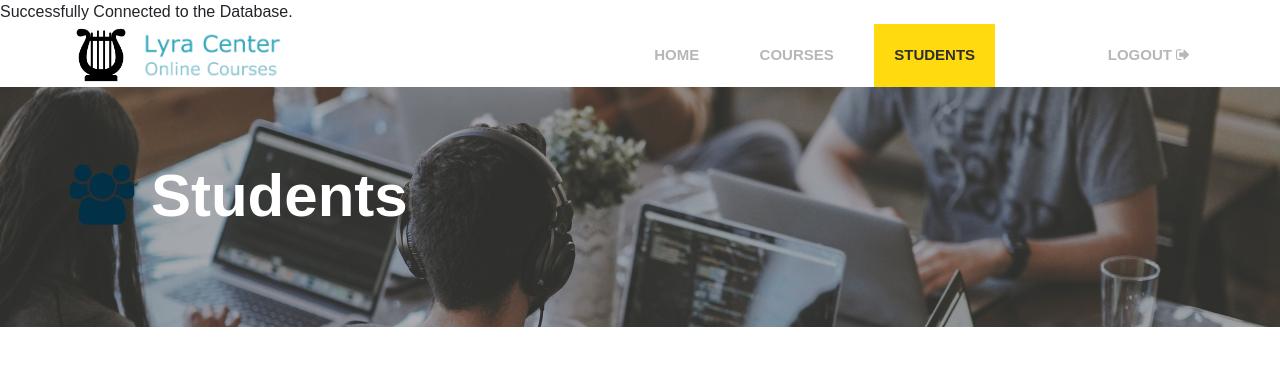
Repository: jersmaecrz/lyra-center
Page: http://localhost/aStudents.php
These files come from the project's save history. The page is drawn as it stood at one moment and after the next save; the edit follows.
The browser window is 1280 px wide. The pictures show the whole page.
Some web fonts or font styles are not loaded; a fallback is used. The page is run by PHP 8.4 with error messages shown; the project is at /var/www/html/.

Above is the page before, as saved 2022-12-03 23:35:18.

### aStudents.php
<?php
    include "admin-dashboard.php";
?>
<!DOCTYPE html>
<html lang="zxx">
<head>
    <link rel="icon" href="img/lyre.png">
    <meta charset="UTF-8">
    <meta name="description" content="Anime Template">
    <meta name="keywords" content="Anime, unica, creative, html">
    <meta name="viewport" content="width=device-width, initial-scale=1.0">
    <meta http-equiv="X-UA-Compatible" content="ie=edge">
    <title>Lyra | Students</title>
    <link rel="stylesheet" href="css/admin-home-style.css" type="text/css">

    <!-- Google Font -->
    <link href="https://fonts.googleapis.com/css2?family=Mulish:wght@300;400;500;600;700;800;900&display=swap"
    rel="stylesheet">

    <link rel="preconnect" href="https://fonts.googleapis.com">
    <link rel="preconnect" href="https://fonts.gstatic.com" crossorigin>
    <link href="https://fonts.googleapis.com/css2?family=Open+Sans:wght@700&display=swap" rel="stylesheet">

    <!-- Css Styles -->
    <link rel="stylesheet" href="css/bootstrap.min.css" type="text/css">
    <link rel="stylesheet" href="css/font-awesome.min.css" type="text/css">
    <link rel="stylesheet" href="css/elegant-icons.css" type="text/css">
    <link rel="stylesheet" href="css/plyr.css" type="text/css">
    <link rel="stylesheet" href="css/nice-select.css" type="text/css">
    <link rel="stylesheet" href="css/owl.carousel.min.css" type="text/css">
    <link rel="stylesheet" href="css/slicknav.min.css" type="text/css">
    <link rel="stylesheet" href="css/style.css" type="text/css">
</head>

<body>
    <!-- Page Preloder -->
    <div id="preloder">
        <div class="loader"></div>
    </div>

    <!-- Header Section Begin -->
    <header class="header">
        <div class="container">
            <div class="row">
                <div class="col-lg-5">
                    <div class="header__logo">
                        <a href="./aHome.php">
                            <img src="img/lyre.png" alt="" width=62px>
                            <img src="img/lyra.png" alt="" width=150px>
                        </a>
                    </div>
                </div>
                <div class="col-lg-7">
                    <div class="header__nav">
                        <nav class="header__menu mobile-menu">
                            <ul>
                                <li ><a href="./aHome.php">HOME</a></li>
                                <li ><a href="./aCourses.php">COURSES</a></li>
                                <li class="active"><a href="./aStudents.php">STUDENTS</a></li>
                                <li class="right"><a href="./signup.html">LOGOUT <i class="fa fa-sign-out" aria-hidden="true"></i></a></li>
                            </ul>
                        </nav>
                    </div>
                </div>

            </div>
            <div id="mobile-menu-wrap"></div>
        </div>
    </header>
    <!-- Header End -->


    <!-- Normal Breadcrumb Begin -->
    <section class="pg pg-breadcrumb set-bg" data-setbg="img/banner.png">
        <div class="container">
            <div class="row">
                <div class="col-lg-5">
                    <div class="normal__breadcrumb__text">
                        <h2><i class="icon fa fa-users" aria-hidden="true"></i> Students</h2>
                    </div>
                </div>
            </div>
        </div>

    </section>
    <!-- Normal Breadcrumb End -->
<br>

<!-- Dashboard -->
<div class="container">
    <div class="row">
            <div class="col-lg-12 normal__breadcrumb__text">

            </div>

    </div>
</div>
<br>
<br>
<br>
<br>
<br>

<!-- Footer Section Begin
<footer class="footer">
    <div class="page-up">
        <a href="#" class="scroll"><span class="arrow_carrot-up"></span></a>
    </div>
    <div class="container">
        <div class="row">
            <div class="col-lg-3">
                <div class="footer__logo">
                    <a href="./index.html">
                        <img src="img/mango manga.png" alt="" width=80px>
                        <img src="img/mm.png" alt="" width=110px>
                    </a>
                </div>
            </div>
            <div class="col-lg-6">
                <div class="footer__nav">
                    <ul>
                        <li class="active"><a href="./index.html">HOME</a></li>
                        <li ><a href="./courses.html">COURSES</a></li>
                        <li ><a href="./signup.html">STUDENTS</a></li>

                    </ul>
                </div>
            </div>

          </div>
      </div>
  </footer>
  <!-- Footer Section End -->


<!-- Js Plugins -->
<script src="js/jquery-3.3.1.min.js"></script>
<script src="js/bootstrap.min.js"></script>
<script src="js/player.js"></script>
<script src="js/jquery.nice-select.min.js"></script>
<script src="js/mixitup.min.js"></script>
<script src="js/jquery.slicknav.js"></script>
<script src="js/owl.carousel.min.js"></script>
<script src="js/main.js"></script>


</body>

</html>

### admin-dashboard.php
<?php
   require_once("config.php");
   class Dashboard {
        //Attributes
        public $name;
        public $courses;
        //Create setters
        function setStudents($students){
            $this -> students = $students;
        }
        function setCourses($courses){
            $this -> courses = $courses;
        }
        //Create getters
        function getStudents(){
            return $this -> students;
        }
        function getCourses(){
            return $this -> courses;
        }
        function countStudents($pdo){
            $query = "SELECT * FROM users";
            $stmt = $pdo-> prepare($query);
            $stmt -> execute();
            $rows = $stmt -> fetchAll();
            $rowCount = $stmt->rowCount();
            $this -> setStudents($rowCount);
        }
        function countCourses($pdo){
            $query = "SELECT * FROM courses";
            $stmt = $pdo-> prepare($query);
            $stmt -> execute();
            $rows = $stmt -> fetchAll();
            $rowCount = $stmt->rowCount();
            $this -> setCourses($rowCount);
        }
    }
?>

### config.php
<?php
    $host = "remotemysql.com";
    $user = "NsqxjSUDbx";
    $password = "wLgUwnheJo";
    $dbName = "NsqxjSUDbx" ;
    //Connect to database using PDO
    try {
        $dsn ="mysql:host=$host;dbname=$dbName";
        $pdo = new PDO($dsn,$user, $password);
        //Check the connection
        $pdo->setAttribute(PDO::ATTR_DEFAULT_FETCH_MODE,PDO::FETCH_OBJ);
        $pdo->setAttribute(PDO::ATTR_ERRMODE,PDO::ERRMODE_EXCEPTION);
        echo "Successfully Connected to the Database.";
    } catch(PDOException $e) {
        echo "Unable to Connect to DB: ". $e->getMessage();
    }
?>

### css/admin-home-style.css
.right {
    float: right;
}
.scroll {
    margin-left: -50px;
    margin-top: -50px;
}
.main-section{
	width:80%;
	margin:0 auto;
	text-align: center;
	padding: 0px 5px;
}
.dashboard{
	width:32%;
	display: inline-block;
	color:#fff;
	margin-top: 50px;
}
.icon-section i{
	font-size: 30px;
	padding:10px;
	border:1px solid #34495E;
	margin-bottom: 10px;
    margin: 5%;
	background-color:#fff;
    border-radius: 50%;
}
.icon-section h3{
	font-size: 20px;
    color: #fff;
	font-family: "Mulish", sans-serif;
}
.icon-section p{
	margin:0px;
	font-size: 20px;
	padding-bottom: 10px;
	font-family: "Mulish", sans-serif;
}
.icon {
    color: #023047;
}
.blueDash {
    background-color:#34495E;

}
.yellowDash {
    background-color:#4ACBCB;

}
.pg-breadcrumb {
	height: 240px;
	display: -webkit-box;
	display: -ms-flexbox;
	display: flex;
	-webkit-box-align: center;
	-ms-flex-align: center;
	align-items: center;
	-webkit-box-pack: center;
	-ms-flex-pack: center;
	justify-content: center;
}

### css/style.css

html,
body {
	height: 100%;
	font-family: "Mulish", sans-serif;
	-webkit-font-smoothing: antialiased;
	background: white;
}

h1,
h2,
h3,
h4,
h5,
h6 {
	margin: 0;
	color: #111111;
	font-weight: 400;
	font-family: "Mulish", sans-serif;
}

.lemony a{
	background: #FFDA0E;
	font-size: 20px;
	color: black;
	padding-left: 20px;
	padding-right: 20px;
	padding-top: 10px;
	padding-bottom: 10px;
	font-family: "Oswald", sans-serif;
}

h1 {
	font-size: 70px;
}

h2 {
	font-size: 36px;
}

h3 {
	font-size: 30px;
}

h4 {
	font-size: 24px;
}

h5 {
	font-size: 18px;
}

h6 {
	font-size: 16px;
}

p {
	font-size: 15px;
	font-family: "Mulish", sans-serif;
	color: #3d3d3d;
	font-weight: 400;
	line-height: 25px;
	margin: 0 0 15px 0;
}

img {
	max-width: 100%;
}

input:focus,
select:focus,
button:focus,
textarea:focus {
	outline: none;
}

a:hover,
a:focus {
	text-decoration: none;
	outline: none;
	color: #4ACBCB;;
}

ul,
ol {
	padding: 0;
	margin: 0;
}

/*---------------------
  Helper CSS
-----------------------*/

.section-title {
	margin-bottom: 30px;
}

.section-title h4,
.section-title h5 {
	color: #2F2F2F;
	font-weight: 600;
	line-height: 21px;
	text-transform: uppercase;
	padding-left: 20px;
	position: relative;
	font-family: "Oswald", sans-serif;
}

.section-title h4:after,
.section-title h5:after {
	position: absolute;
	left: 0;
	top: -6px;
	height: 32px;
	width: 4px;
	background: #e53637;
	content: "";
}

.set-bg {
	background-repeat: no-repeat;
	background-size: cover;
	background-position: top center;
}

.spad {
	padding-top: 100px;
	padding-bottom: 100px;
}

.text-white h1,
.text-white h2,
.text-white h3,
.text-white h4,
.text-white h5,
.text-white h6,
.text-white p,
.text-white span,
.text-white li,
.text-white a {
color: black;
}

/* buttons */

.primary-btn {
	display: inline-block;
	font-size: 13px;
	font-weight: 700;
	text-transform: uppercase;
	color: #ffffff;
	letter-spacing: 2px;
}

.primary-btn span {
	font-size: 18px;
	margin-left: 5px;
	position: relative;
	top: 3px;
}

.site-btn {
	font-size: 13px;
	color: #ffffff;
	background: #e53637;
	font-weight: 700;
	border: none;
	border-radius: 2px;
	letter-spacing: 2px;
	text-transform: uppercase;
	display: inline-block;
	padding: 12px 30px;
}

/* Preloder */

#preloder {
	position: fixed;
	width: 100%;
	height: 100%;
	top: 0;
	left: 0;
	z-index: 999999;
	background: #000;
}

.loader {
	width: 40px;
	height: 40px;
	position: absolute;
	top: 50%;
	left: 50%;
	margin-top: -13px;
	margin-left: -13px;
	border-radius: 60px;
	animation: loader 0.8s linear infinite;
	-webkit-animation: loader 0.8s linear infinite;
}

@keyframes loader {
	0% {
		-webkit-transform: rotate(0deg);
		transform: rotate(0deg);
		border: 4px solid #f44336;
		border-left-color: transparent;
	}
	50% {
		-webkit-transform: rotate(180deg);
		transform: rotate(180deg);
		border: 4px solid #673ab7;
		border-left-color: transparent;
	}
	100% {
		-webkit-transform: rotate(360deg);
		transform: rotate(360deg);
		border: 4px solid #f44336;
		border-left-color: transparent;
	}
}

@-webkit-keyframes loader {
	0% {
		-webkit-transform: rotate(0deg);
		border: 4px solid #f44336;
		border-left-color: transparent;
	}
	50% {
		-webkit-transform: rotate(180deg);
		border: 4px solid #673ab7;
		border-left-color: transparent;
	}
	100% {
		-webkit-transform: rotate(360deg);
		border: 4px solid #f44336;
		border-left-color: transparent;
	}
}

.spacial-controls {
	position: fixed;
	width: 111px;
	height: 91px;
	top: 0;
	right: 0;
	z-index: 999;
}

.spacial-controls .search-switch {
	display: block;
	height: 100%;
	padding-top: 30px;
	background: #323232;
	text-align: center;
	cursor: pointer;
}

.search-model {
	display: none;
	position: fixed;
	width: 100%;
	height: 100%;
	left: 0;
	top: 0;
	background: #000;
	z-index: 99999;
}

.search-model-form {
	padding: 0 15px;
}

.search-model-form input {
	width: 500px;
	font-size: 40px;
	border: none;
	border-bottom: 2px solid #333;
	background: 0 0;
	color: #999;
}

.search-close-switch {
	position: absolute;
	width: 50px;
	height: 50px;
	background: #333;
	color: #fff;
	text-align: center;
	border-radius: 50%;
	font-size: 28px;
	line-height: 28px;
	top: 30px;
	cursor: pointer;
	display: -webkit-box;
	display: -ms-flexbox;
	display: flex;
	-webkit-box-align: center;
	-ms-flex-align: center;
	align-items: center;
	-webkit-box-pack: center;
	-ms-flex-pack: center;
	justify-content: center;
}

/*---------------------
  Header
-----------------------*/

.header {
	background: white;
}

.header__menu {
	text-align: center;
}


.header__menu ul li {
	list-style: none;
	display: inline-block;
	position: relative;
	margin-right: 16px;
}

.header__menu ul li.active a {
	background: #FFDA0E;
	color: #2F2F2F;
}



.header__menu ul li:hover a {
	color: #4ACBCB;
}

.header__menu ul li:hover .dropdown {
	top: 62px;
	opacity: 1;
	visibility: visible;
}

.header__menu ul li:hover .dropdown li a {
	background: transparent;
}

.header__menu ul li:last-child {
	margin-right: 0;
}
.square {
  height: 450px;
  width: 1000px;
  background-color: #CCCC00;
}



.header__menu ul li:hover .dump {
	top: 62px;
	opacity: 1;
	visibility: visible;
}

.header__menu ul li:hover .dump li a {
	background: transparent;
}


.header__menu ul li .dump {
	position: absolute;
	left: 0;
	top: 82px;
	width: 150px;
	background: #ffffff;
	text-align: left;
	padding: 5px 0;
	z-index: 9;
	opacity: 0;
	visibility: hidden;
	-webkit-transition: all, 0.3s;
	-o-transition: all, 0.3s;
	transition: all, 0.3s;
}


.header__menu ul li .dump li {
	display: block;
	margin-right: 0;
}

.header__menu ul li .dump li a {
	font-size: 14px;
	color: #111111;
	font-weight: 500;
	padding: 5px 20px;
}





.header__menu ul li .dropdown {
	position: absolute;
	left: 0;
	top: 82px;
	width: 150px;
	background: #ffffff;
	text-align: left;
	padding: 5px 0;
	z-index: 9;
	opacity: 0;
	visibility: hidden;
	-webkit-transition: all, 0.3s;
	-o-transition: all, 0.3s;
	transition: all, 0.3s;
}


.header__menu ul li .dropdown li {
	display: block;
	margin-right: 0;
}

.header__menu ul li .dropdown li a {
	font-size: 14px;
	color: #111111;
	font-weight: 500;
	padding: 5px 20px;
}

.header__menu ul li a {
	font-size: 15px;
	color: #b7b7b7;
	display: block;
	font-weight: 700;
	-webkit-transition: all, 0.5s;
	-o-transition: all, 0.5s;
	transition: all, 0.5s;
	padding: 20px;
}

.header__menu ul li a span {
	position: relative;
	font-size: 17px;
	top: 2px;
}

.header__right {
	text-align: right;
	padding: 20px 0 15px;
}

.header__right a {
	display: inline-block;
	font-size: 18px;
	color: #ffffff;
	margin-right: 30px;
}

.header__right a:last-child {
	margin-right: 0;
}

.slicknav_menu {
	display: none;
}

/*---------------------
  Hero
-----------------------*/




/*---------------------
  Breadcrumb
-----------------------*/

.breadcrumb-option {
	padding-top: 35px;
}

.breadcrumb__links a {
	font-size: 15px;
	color: #323232;
	margin-right: 18px;
	display: inline-block;
	position: relative;
}

.breadcrumb__links a i {
	margin-right: 5px;
	color: #323232;
}

.breadcrumb__links a:after {
	position: absolute;
	right: -14px;
	top: 0;
	content: "";
	font-family: "FontAwesome";
}

.breadcrumb__links span {
	font-size: 15px;
	color: #323232;
	display: inline-block;
}

/*---------------------
    Normal Breadcrumb
-----------------------*/

.normal-breadcrumb {
	height: 450px;
	display: -webkit-box;
	display: -ms-flexbox;
	display: flex;
	-webkit-box-align: center;
	-ms-flex-align: center;
	align-items: center;
	-webkit-box-pack: center;
	-ms-flex-pack: center;
	justify-content: center;
}

.normal__breadcrumb__text h2 {
	color: #ffffff;
	font-size: 60px;
	font-family: "Oswald", sans-serif;
	font-weight: 700;
	margin-bottom: 22px;
}

.normal__breadcrumb__text p {
	color: #ffffff;
	font-size: 18px;
	margin-bottom: 0;
}


/*---------------------
  Login
-----------------------*/

.login {
	padding-top: 130px;
	padding-bottom: 120px;
}

.login__form {
	position: relative;
	padding-left: 145px;
}

.login__form:after {
	position: absolute;
	right: -14px;
	top: -40px;
	height: 330px;
	width: 1px;
	background: rgba(255, 255, 255, 0.2);
	content: "";
}

.login__form h3 {
	color: #ffffff;
	font-weight: 700;
	font-family: "Oswald", sans-serif;
	margin-bottom: 30px;
}

.login__form form .input__item {
	position: relative;
	width: 370px;
	margin-bottom: 20px;
}

.login__form form .input__item:before {
	position: absolute;
	left: 50px;
	top: 10px;
	height: 30px;
	width: 1px;
	background: #b7b7b7;
	content: "";
}

.login__form form .input__item input {
	height: 50px;
	width: 100%;
	font-size: 15px;
	color: #b7b7b7;
	background: #ffffff;
	border: none;
	padding-left: 76px;
}

.login__form form .input__item input::-webkit-input-placeholder {
	color: #b7b7b7;
}

.login__form form .input__item input::-moz-placeholder {
	color: #b7b7b7;
}

.login__form form .input__item input:-ms-input-placeholder {
	color: #b7b7b7;
}

.login__form form .input__item input::-ms-input-placeholder {
	color: #b7b7b7;
}

.login__form form .input__item input::placeholder {
	color: #b7b7b7;
}

.login__form form .input__item span {
	color: #b7b7b7;
	font-size: 20px;
	position: absolute;
	left: 15px;
	top: 13px;
}

.login__form form button {
	border-radius: 0;
	margin-top: 10px;
}

.login__form .forget_pass {
	font-size: 15px;
	color: #ffffff;
	display: inline-block;
	position: absolute;
	right: 60px;
	bottom: 12px;
}

.login__register {
	padding-left: 30px;
}

.login__register h3 {
	color: #ffffff;
	font-weight: 700;
	font-family: "Oswald", sans-serif;
	margin-bottom: 30px;
}

.login__register .primary-btn {
	background: #e53637;
	padding: 12px 42px;
}

.login__social {
	padding-top: 52px;
}

.login__social__links {
	text-align: center;
}

.login__social__links span {
	color: #ffffff;
	display: block;
	font-size: 13px;
	font-weight: 700;
	letter-spacing: 2px;
	text-transform: uppercase;
	margin-bottom: 30px;
}

.login__social__links ul li {
	list-style: none;
	margin-bottom: 15px;
}

.login__social__links ul li:last-child {
	margin-bottom: 0;
}

.login__social__links ul li a {
	color: #ffffff;
	display: block;
	font-size: 13px;
	font-weight: 700;
	letter-spacing: 2px;
	text-transform: uppercase;
	width: 460px;
	padding: 14px 0;
	position: relative;
	margin: 0 auto;
}

.login__social__links ul li a.facebook {
	background: #4267b2;
}

.login__social__links ul li a.google {
	background: #ff4343;
}

.login__social__links ul li a.twitter {
	background: #1da1f2;
}

.login__social__links ul li a i {
	font-size: 20px;
	position: absolute;
	left: 32px;
	top: 14px;
}

/*---------------------
  Sign Up
-----------------------*/

.signup {
	padding-top: 130px;
	padding-bottom: 150px;
}

.signup .login__form:after {
	height: 450px;
}

.signup .login__form h5 {
	font-size: 15px;
	color: #ffffff;
	margin-top: 36px;
}

.signup .login__form h5 a {
	color: #e53637;
	font-weight: 700;
}

.signup .login__social__links {
	text-align: left;
	padding-left: 40px;
}

.signup .login__social__links h3 {
	color: #ffffff;
	font-weight: 700;
	font-family: "Oswald", sans-serif;
	margin-bottom: 30px;
}

.signup .login__social__links ul li a {
	margin: 0;
	text-align: center;
}

/*---------------------
  Footer
-----------------------*/

.footer {
	background: #80E2E2;
	padding-top: 60px;
	padding-bottom: 40px;
	position: relative;
}

.page-up {
	position: absolute;
	left: 50%;
	top: -25px;
	margin-left: -25px;
}

.page-up a {
	display: inline-block;
	font-size: 36px;
	color: black;
	height: 50px;
	width: 50px;
	background: #FFDA0E;
	line-height: 50px;
	text-align: center;
	border-radius: 50%;
}

.page-up a span {
	position: relative;
	top: 2px;
	left: -1px;
}

.footer__nav {
	text-align: center;
}

.footer__nav ul li {
	list-style: none;
	display: inline-block;
	position: relative;
	margin-right: 40px;
}

.footer__nav ul li:last-child {
	margin-right: 0;
}

.footer__nav ul li a {
	font-size: 15px;
	color: #3D3D3D;
	display: block;
	font-weight: 700;
}


/*--------------------------------- Responsive Media Quaries -----------------------------*/

@media only screen and (min-width: 1200px) and (max-width: 1300px) {
	.hero {
		overflow: hidden;
	}
}

@media only screen and (min-width: 1200px) {
	.container {
		max-width: 1170px;
	}
}

/* Medium Device = 1200px */

@media only screen and (min-width: 992px) and (max-width: 1199px) {
	.hero {
		overflow: hidden;
	}
	.login__form {
		position: relative;
		padding-left: 32px;
	}
	.login__social__links ul li a {
		width: 380px;
	}
	.blog__item__text {
		padding: 0 50px;
	}
}

/* Tablet Device = 768px */

@media only screen and (min-width: 768px) and (max-width: 991px) {
	.hero {
		overflow: hidden;
	}
	.header {
		position: relative;
	}
	.header .container {
		position: relative;
	}
	.header__right {
		position: absolute;
		right: 120px;
		top: -42px;
		padding: 0;
	}
	.header__menu {
		display: none;
	}
	.slicknav_menu {
		background: transparent;
		padding: 0;
		display: block;
	}
	.slicknav_nav {
		position: absolute;
		left: 0;
		top: 60px;
		width: 100%;
		background: #ffffff;
		padding: 15px 30px;
		z-index: 9;
	}
	.slicknav_nav ul {
		margin: 0;
	}
	.slicknav_nav .slicknav_row,
	.slicknav_nav a {
		padding: 7px 0;
		margin: 0;
		color: #111111;
		font-weight: 600;
	}
	.slicknav_btn {
		border-radius: 0;
		background-color: #222;
		position: absolute;
		right: 0;
		top: 9px;
	}
	.slicknav_nav .slicknav_arrow {
		color: #111111;
	}
	.slicknav_nav .slicknav_row:hover {
		border-radius: 0;
		background: transparent;
		color: #111111;
	}
	.slicknav_nav a:hover {
		border-radius: 0;
		background: transparent;
		color: #111111;
	}
	.product__sidebar {
		padding-top: 50px;
	}
	.footer__logo {
		text-align: center;
		margin-bottom: 20px;
	}
	.footer__nav {
		margin-bottom: 15px;
	}
	.footer__copyright__text {
		text-align: center;
	}
	.anime__details__widget ul li span {
		width: 90px;
	}
	.anime__details__pic {
		margin-bottom: 40px;
	}
	.anime__details__sidebar {
		padding-top: 50px;
	}
	.login__form {
		padding-left: 0;
		margin-bottom: 40px;
	}
	.login__form:after {
		display: none;
	}
	.login__form form .input__item {
		width: auto;
	}
	.login__register {
		padding-left: 0;
	}
	.signup .login__social__links {
		padding-left: 0;
	}
}

/* Wide Mobile = 480px */

@media only screen and (max-width: 767px) {
	.hero {
		overflow: hidden;
	}
	.header {
		position: relative;
	}
	.header .container {
		position: relative;
	}
	.header__right {
		position: absolute;
		right: 120px;
		top: -42px;
		padding: 0;
	}
	.header__menu {
		display: none;
	}
	.slicknav_menu {
		background: transparent;
		padding: 0;
		display: block;
	}
	.slicknav_nav {
		position: absolute;
		left: 0;
		top: 60px;
		width: 100%;
		background: #ffffff;
		padding: 15px 30px;
		z-index: 9;
	}
	.slicknav_nav ul {
		margin: 0;
	}
	.slicknav_nav .slicknav_row,
	.slicknav_nav a {
		padding: 7px 0;
		margin: 0;
		color: #111111;
		font-weight: 600;
	}
	.slicknav_btn {
		border-radius: 0;
		background-color: #222;
		position: absolute;
		right: 0;
		top: 9px;
	}
	.slicknav_nav .slicknav_arrow {
		color: #111111;
	}
	.slicknav_nav .slicknav_row:hover {
		border-radius: 0;
		background: transparent;
		color: #111111;
	}
	.slicknav_nav a:hover {
		border-radius: 0;
		background: transparent;
		color: #111111;
	}
	.product__sidebar {
		padding-top: 50px;
	}
	.footer__logo {
		text-align: center;
		margin-bottom: 20px;
	}
	.footer__nav {
		margin-bottom: 15px;
	}
	.footer__copyright__text {
		text-align: center;
	}
	.blog__details__title h2 {
		font-size: 34px;
		line-height: normal;
	}
	.anime__details__pic {
		margin-bottom: 40px;
	}
	.anime__details__sidebar {
		padding-top: 50px;
	}
	.btn__all {
		text-align: left;
	}
	.product__page__title .section-title {
		margin-bottom: 30px;
	}
	.product__page__title .product__page__filter {
		text-align: left;
	}
	.anime__details__rating {
		text-align: left;
		position: relative;
		margin-bottom: 20px;
	}
	.blog__details__social {
		overflow: hidden;
	}
	.blog__details__title .blog__details__social a {
		margin-right: 10px;
		margin-bottom: 10px;
		width: calc(50% - 10px);
		float: left;
	}
	.login__form {
		padding-left: 0;
		margin-bottom: 40px;
	}
	.login__form:after {
		display: none;
	}
	.login__form form .input__item {
		width: auto;
	}
	.signup .login__social__links {
		padding-left: 0;
	}
	.login__social__links ul li a {
		width: auto;
	}
	.blog__item__text {
		padding: 0 30px;
	}
	.login__register {
		padding-left: 0;
	}
	.product__sidebar__view .filter__controls li {
		margin-right: 2px;
	}
	.search-model-form input {
		width: 100%;
	}
}

/* Small Device = 320px */

@media only screen and (max-width: 479px) {
	.hero__slider.owl-carousel .owl-nav {
		display: none;
	}
	.hero__items {
		padding: 250px 0 42px 15px;
	}
	.hero__text h2 {
		font-size: 32px;
	}
	.footer__nav ul li {
		margin-right: 10px;
	}
	.anime__details__btn .follow-btn {
		padding: 14px 26px;
		margin-right: 11px;
		margin-bottom: 25px;
	}
	.anime__details__widget ul li span {
		width: 85px;
	}
	.anime__video__player .plyr__volume {
		left: 65px;
	}
	.anime__video__player .plyr__controls .plyr__controls__item.plyr__time {
		left: 95px;
	}
	.anime__video__player .plyr__menu {
		margin-right: 60px;
	}
	.blog__details__title h2 {
		font-size: 30px;
		line-height: normal;
	}
	.blog__details__title .blog__details__social a {
		padding: 16px 25px 14px 20px;
	}
	.blog__details__comment__item.blog__details__comment__item--reply {
		padding-left: 0;
	}
	.blog__details__comment__item__pic {
		margin-right: 25px;
	}
	.blog__details__comment__item__text a {
		margin-right: 6px;
	}
	.login__social__links ul li a i {
		left: 20px;
	}
	.login__form .forget_pass {
		position: relative;
		left: 0;
		bottom: 0;
		margin-top: 25px;
	}
	.header__right a {
		margin-right: 10px;
	}
	.anime__review__item__text h6 span {
		font-size: 12px;
	}
	.anime__review__item__text {
		padding: 18px 20px 20px;
	}

}

Loaded but not shown: css/bootstrap.min.css (library); css/font-awesome.min.css (library); css/plyr.css (library); css/nice-select.css (common file); css/owl.carousel.min.css (library); css/slicknav.min.css (common file); js/jquery-3.3.1.min.js (library); js/bootstrap.min.js (library); js/player.js (library); js/jquery.nice-select.min.js (common file); js/mixitup.min.js (library); js/jquery.slicknav.js (library); js/owl.carousel.min.js (library); js/main.js (101 lines, source omitted); css/elegant-icons.css (1157 lines, source omitted)

After the next save:
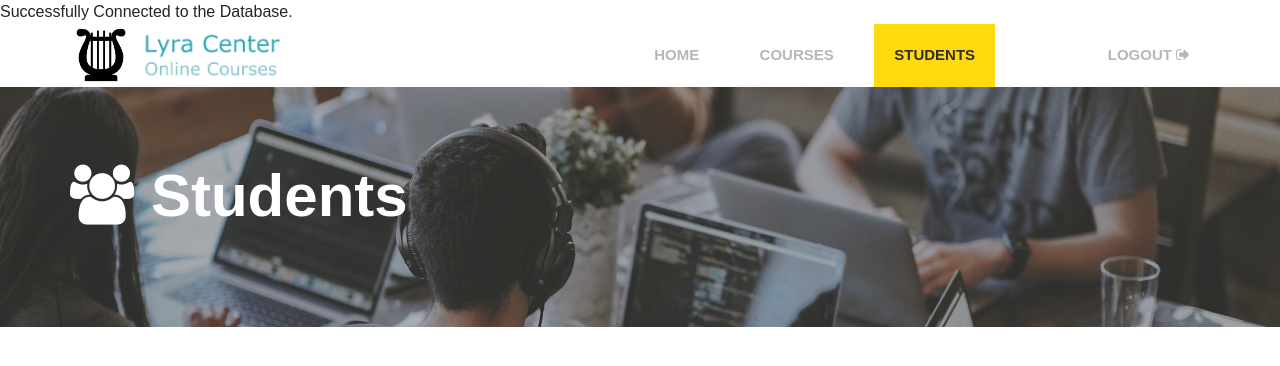
Saved 15 s later.
--- a/aStudents.php
+++ b/aStudents.php
@@ -76,7 +76,7 @@
             <div class="row">
                 <div class="col-lg-5">
                     <div class="normal__breadcrumb__text">
-                        <h2><i class="icon fa fa-users" aria-hidden="true"></i> Students</h2>
+                        <h2><i class="fa fa-users" aria-hidden="true"></i> Students</h2>
                     </div>
                 </div>
             </div>
